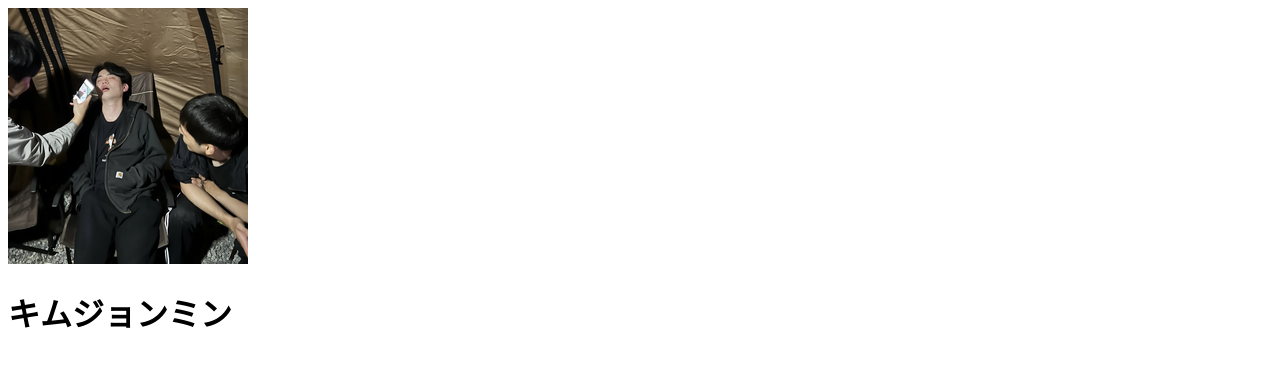
Repository: N1C0N1C0/Portfolio
Page: index.html
The author's editor kept a copy of each file at every save. The page is drawn from the files as they stood at one save, then again after the next save.
The browser window is 1280 px wide. The pictures show the whole page.
Some web libraries are served in a nearby version.

Above is the page before, as saved 2023-12-11 21:23:09.

### index.html
<!DOCTYPE html>
<html lang="jp">
<head>
    <meta charset="UTF-8">
    <meta name="viewport" content="width=device-width, initial-scale=1.0">
    <!-- SEO -->
    <title>My&#39s Portfolio</title>
    <meta
        name="description"
        content="Portfolio for job change"
    />
    <meta
        name="author" content="KimJeongmin"
    />
    <link rel="shortcut icon" href="images/favicon.ico" type="image/x-icon">
    <!-- OG(OPEN Graph Data) -->
    <meta property="og:title" content="Portfolio"/>
    <meta property="og:type" content="website"/>
    <meta property="og:url" content="URL generated after deployment"/>
    <meta property="og:image" content="Image URL created after deployment"/>
    <!-- Google Fonts -->
    <link rel="preconnect" href="https://fonts.googleapis.com">
    <link rel="preconnect" href="https://fonts.gstatic.com" crossorigin>
    <link href="https://fonts.googleapis.com/css2?family=Noto+Sans+JP:wght@300;400;500&family=Open+Sans:wght@400;600&display=swap" rel="stylesheet">
    <!-- Font Awesome -->
    <script src="https://kit.fontawesome.com/04742e9fab.js" crossorigin="anonymous"></script>
    <!-- CSS -->
    <link rel="stylesheet" href="css/style.css">
    <!-- Javascript -->
    <script src="src/main.js" defer></script>
</head>
<body>
    <!-- Header -->
    <header>
        <div>
            <img src="images/favicon.ico" alt="logo" />
            <h1>キムジョンミン</h1>
        </div>
        <nav></nav>
    </header>
    <!-- Main -->
    <main>
        <!-- Home -->
        <section></section>
        <!-- About -->
        <section></section>
        <!-- Skills -->
        <section></section>
        <!-- Work -->
        <section></section>
        <!-- Testimonials -->
        <section></section>
        <!-- Arrow up -->
        <aside></aside>
    </main>
    <!-- Footer -->
    <footer></footer>
</body>
</html>

Loaded but not shown: css/style.css (no copy from this time; the picture is the same without it); src/main.js (no copy from this time; the picture is the same without it)

After the next save:
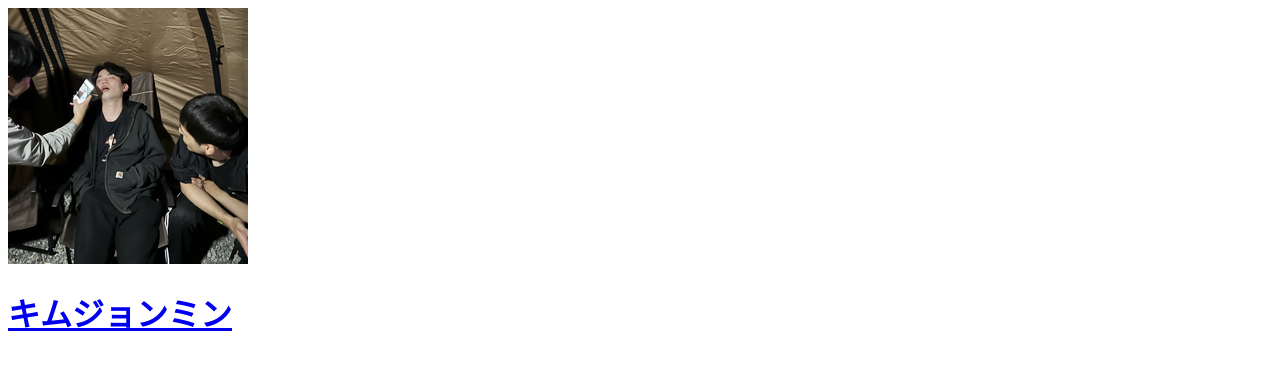
Saved 40 s later.
--- a/index.html
+++ b/index.html
@@ -34,7 +34,7 @@
     <header>
         <div>
             <img src="images/favicon.ico" alt="logo" />
-            <h1>キムジョンミン</h1>
+            <h1><a href="#">キムジョンミン</a></h1>
         </div>
         <nav></nav>
     </header>
